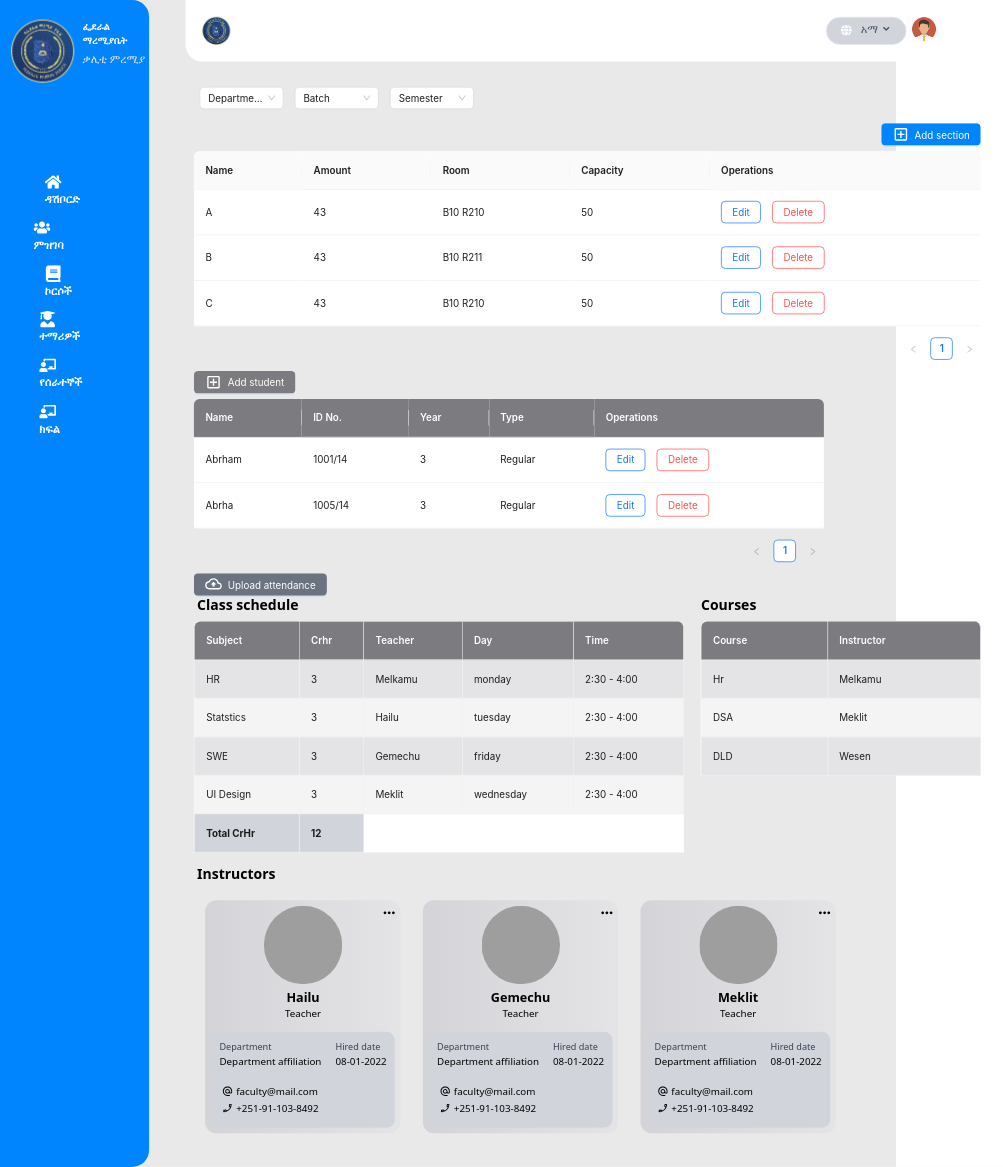
Repository: Yigoya/federal-prison-education-ms-frontend
Page: /classroom, after clicking the first element matching `td.ant-table-cell > a`
An editor plug-in stored every save of this project. The page is shown before and after the next save, followed by the edit.
The browser window is 1280 px wide. The page is 1433 px wide, so the pictures cover 1433 px, including what lies to the right of the window. The pictures show the whole page, at 70% of full size.
Pictures or frames that could not be fetched are drawn as grey boxes. The project was rebuilt for these pictures with package versions that can differ from the ones it lists, and the page was loaded fresh each time. Also part of the build but not shown: vite.config.js, src/pages/DashBoard.jsx, src/pages/Courses.jsx, src/layout/AuthLayout.jsx, src/pages/Login.jsx, src/pages/Teachers.jsx, src/pages/StudentRegistration.jsx, src/components/classroom/ComboBox.jsx and 1 more. Imported but missing from the stored project, and not drawn on this page: src/pages/Students.

Above is the page before, as saved 2024-07-05 16:50:55.

### src/App.jsx
// import { useState } from "react";
import "./App.css";
import { Routes, Route } from "react-router-dom";
import DashBoard from "./pages/DashBoard";
// import Register from "./pages/Register";
import Students from "./pages/Students";
import Courses from "./pages/Courses";
import RootLayout from "./layout/RootLayout";
import AuthLayout from "./layout/AuthLayout";
import Login from "./pages/Login";
import Teachers from "./pages/Teachers";
// import { useTranslation } from "react-i18next";
import { StudentRegistration } from "./pages/StudentRegistration";
import Classroom from "./pages/Classroom";
function App() {
  // const [count, setCount] = useState(0);
  // const { t } = useTranslation();
  return (
    <>
      <Routes>
        <Route element={<AuthLayout />}>
          <Route path="/login" element={<Login />} />
        </Route>
        <Route element={<RootLayout />}>
          <Route path="/" element={<DashBoard />} />
          <Route path="/register" element={<StudentRegistration />} />
          <Route path="/students" element={<Students />} />
          <Route path="/courses" element={<Courses />} />
          <Route path="/allcourse" element={<Courses />} />
          <Route path="/addcourse" element={<Courses />} />
          <Route path="/managecourse" element={<Courses />} />
          <Route path="/classroom" element={<Classroom />} />
          <Route path="/grading" element={<Courses />} />
          <Route path="/staffprofile" element={<Courses />} />
          <Route path="/examscheduling" element={<Teachers />} />
        </Route>
      </Routes>
    </>
  );
}

export default App;

### src/App.css
/* Header row background color */
.ant-table-thead > tr > th {
    background-color: #0085FF; /* Set your desired background color here */
    color: #fff; /* Set the text color if needed */
  }

### src/layout/RootLayout.jsx
// import React from 'react'
import { Outlet } from "react-router-dom";
import Navbar from "../components/Navbar";
import SideBar from "../components/SideBar";
function RootLayout() {
  return (
    <div className="flex flex-row w-full min-h-dvh gap-8 bg-[#E9E9E9]">
        <SideBar />

      <div className="w-full min-h-dvh max-h-full">
        <Navbar />
        <div className="flex-1 flex overflow-hidden">
          <section className="flex-1 overflow-y-scroll">
            <Outlet />
          </section>
        </div>
      </div>
    </div>
  );
}

export default RootLayout;

### src/pages/Classroom.jsx
import { useState } from "react";
import Selector from '../components/classroom/Selector.jsx';
import SectionsTable from "../components/classroom/SectionsTable.jsx";
import NewSectionDrawer from "../components/classroom/NewSectionDrawer.jsx";
import {
  departmentOptions,
  yearOptions,
  semesterOptions,
} from "../data/classroomArrayData.js";
import { Button } from "antd";
import AddBoxOutlinedIcon from "@mui/icons-material/AddBoxOutlined";

const Classroom = () => {
  const [drawerVisiblity, setDrawerVisiblity] = useState(false);
  const handleClick = () => {
    setDrawerVisiblity(prevState => !prevState);
  };

  return (
    <div className="p-8 ">
      <Selector typeName="Department" options={departmentOptions} />
      <Selector typeName="Batch" options={yearOptions} />
      <Selector typeName="Semester" options={semesterOptions} />

      {/* sections table */}
      <div className="mt-4">
        {drawerVisiblity && <NewSectionDrawer visiblity = {drawerVisiblity}/>}
        <div className="grid justify-items-end">
          <Button
            className="bg-[#0085FF] mb-2"
            type="primary"
            onClick={handleClick}
          >
            <AddBoxOutlinedIcon />
            Add section
          </Button>
        </div>
        <SectionsTable />
      </div>
    </div>
  );
};

export default Classroom;

### src/components/Navbar.jsx
import React from 'react'
import { AiOutlineSearch } from 'react-icons/ai';
import logo from '../assets/images/fdre_logo.png'
import { FaGlobe } from 'react-icons/fa';
import avatar from '../assets/images/Avatar.jpg'
import { useTranslation } from 'react-i18next';
function Navbar() {
  const { i18n } = useTranslation();

  const handleLanguageChange = (event) => {
    i18n.changeLanguage(event.target.value);
  };
  return (
    <div className='mr-16 '>
      <div className='bg-white rounded-b-3xl p-6 ml-5 flex justify-between'>
        <div style={{ width: '40px' }} >
          <img src={logo}  alt="logo" />
        </div>
        <div className='flex '>
          <div className='py-1 px-5 border rounded-full bg-gray-300 '>
           <FaGlobe className='inline-block text-white mr-2'/>
            <select onChange={handleLanguageChange} className='inline-block bg-gray-300 text-gray-600' id="">
              <option value="am">አማ</option>
              <option value="en">En</option>
              <option value="or">Oro</option>
            </select>
          </div>
          <div>
            <img src={avatar} width={'50px'}/>
          </div>
        </div>
      </div>

    </div>
  )
}

export default Navbar

### src/components/SideBar.jsx
import { FaHome, FaUserGraduate, FaBook, FaChalkboardTeacher, FaUsers } from 'react-icons/fa';

import logo from '../assets/images/fdre_logo.png'
import { Link } from 'react-router-dom'
import { useTranslation } from 'react-i18next';
function SideBar() {
const {t} = useTranslation()
  return (
    <div className='w-1/4 bg-[#0085FF] rounded-r-3xl'>
          <div className='mt-7 ml-4 flex'>
            <div className='mr-3'>
              <img src={logo} alt="logo" width={'100px'} />
            </div>
            <div>
              <p className ='font-bold text-sm text-white mb-1'>{t('FDRE')}</p>
              <p className='text-gray-200'>{t('kality')}</p>
            </div>

          </div>
          <div className='flex flex-col items-center font-bold text-white py-20 mt-10'>

            <Link className='hover:border border-gray-200 rounded-full hover:bg-gray-100 hover:text-[#0085FF] p-2 px-16 inline-block mr-4' to='/'> <FaHome className='inline-block mr-2 text-2xl'/>{t('dashboard')}</Link>
            <Link className='hover:border border-gray-200 rounded-full py-2 px-12 hover:bg-gray-100 hover:text-[#0085FF] inline-block mr-10 ' to='/register'><FaUsers className='inline-block mr-2 text-2xl'/> {t('register')}</Link>
            <Link className='hover:border border-gray-200 rounded-full py-2 px-16 hover:bg-gray-100 hover:text-[#0085FF] inline-block mr-10 ' to='/courses'><FaBook className='inline-block mr-3  text-2xl'/>{t('courses')}</Link>
            <Link className='hover:border border-gray-200 rounded-full py-2 px-14 hover:bg-gray-100 hover:text-[#0085FF] inline-block mr-8' to='/students'> <FaUserGraduate className='inline-block mr-5  text-2xl'  />{t('students')}</Link>
            <Link className='hover:border border-gray-200 rounded-full py-2 px-14 hover:bg-gray-100 hover:text-[#0085FF] inline-block mr-10' to='/teachers'><FaChalkboardTeacher className='inline-block  mr-5  text-2xl'/>{t('staff')}</Link>
            <Link className='hover:border border-gray-200 rounded-full py-2 px-14 hover:bg-gray-100 hover:text-[#0085FF] inline-block mr-10' to='/classroom'><FaChalkboardTeacher className='inline-block  mr-5  text-2xl'/>{t('classroom')}</Link>

          </div>
        </div>

  )
}

export default SideBar

### src/pages/login.css

* {
    margin: 0;
    box-sizing: border-box;

}
.page {
    height: 100vh;
    width: 100%;
    display: flex;
    justify-content: center;
    align-items: center;
}

.cover {
    background-color: white;
    width: 30em;
    height: 25em;
    position: relative;
    border-radius: 1em;
    box-shadow: 0 0.188em 1.550em rgb(156, 156, 156);
    display: flex;
    flex-direction: column;
    align-items:center;
    justify-content:space-between;
    margin-right: 40px;

}

.container {
    display: flex;
    justify-content: space-between;
    align-items: center;

  }
.image-section {
    margin-left: 20px;
    padding: 100px;

}
.image-section img {
    margin-top: 2px;
    width: "200px";
    height: "200px";
    border-radius: "50%";
    object-fit: contain;

  }

input {
    border: none;
    background-color: rgb(229, 226, 226);
    width: 80%;
    border-radius: 0.25em;
    text-align: center;
    padding: 2em;
    font-size: 0.75em;
}

input:focus {
    outline-color: rgb(32, 177, 255);
}

.btn {
    width: 40%;
    height: 3em;
    background-color: rgb(32, 177, 255);
    display: flex;
    justify-content: center;
    align-items: center;
    transition: 0.5s;
    border-radius: 0.25em;
    cursor: pointer;
}

### src/components/classroom/Selector.jsx
// /* eslint-disable react/prop-types */
import { Select, Space } from 'antd';


const handleChange = (value) => {
  console.log(`selected ${value}`);
};

const Selector = ({typeName, options} ) => (
  <Space wrap>
    <Select
      className='mx-2 my-1'
      defaultValue={typeName}
      style={{
        width: 120,
      }}
      onChange={handleChange}
      options={options} // array of options
    />
  </Space>
);
export default Selector;

### src/components/classroom/SectionsTable.jsx
import { Space, Table, Button } from "antd";
import { sectionsData as data } from "../../data/classroomArrayData.js";
import { useState } from "react";
import StudentsTable from "./StudentsTable.jsx";
import ClassSchedule from "./ClassSchedule.jsx";
import CoursesList from "./CoursesList.jsx";
import InstructorDetails from "./InstructorDetails.jsx";
import UploadCenter from "./UploadCenter.jsx";

const SectionsTable = () => {
  const [activeSection, setActiveSection] = useState(null);

  const columns = [
    {
      title: "Name",
      dataIndex: "name",
      key: "name",
      render: (text) => <a onClick={() => handleSectionClick(text)}>{text}</a>,
    },
    {
      title: "Amount",
      dataIndex: "amount",
      key: "amount",
    },
    {
      title: "Room",
      dataIndex: "room",
      key: "room",
    },
    {
      title: "Capacity",
      dataIndex: "capacity",
      key: "capacity",
    },
    {
      title: "Operations",
      key: "action",
      render: () => (
        <Space size="middle">
          <Button type="primary" ghost>
            Edit
          </Button>
          <Button type="primary" danger ghost>
            Delete
          </Button>
        </Space>
      ),
    },
  ];

  const handleSectionClick = (sectionName) => {
    setActiveSection((prev) => (prev === sectionName ? null : sectionName));
  };

  return (
    <div>
      <Table columns={columns} dataSource={data} />
      {activeSection && (
        <div>
          <StudentsTable section={activeSection} />
          <UploadCenter text={"Upload attendance"} color={"bg-gray-500"} />
          <div className="flex gap-3">
            <ClassSchedule /> <br />
            <CoursesList />
          </div>
          <h1 className="text-xl mb-2 mt-4 ml-1 font-bold">Instructors</h1>
          <div className="flex">
            <InstructorDetails instructor={"Hailu"}/>
            <InstructorDetails instructor={"Gemechu"}/>
            <InstructorDetails instructor={"Meklit"}/>
          </div>
        </div>
      )}
    </div>
  );
};
export default SectionsTable;

### src/data/classroomArrayData.js
export const departmentOptions = [
  {
    label: "Software",
    value: "software",
  },
  {
    label: "Human Resources",
    value: "human_resources",
  },
  {
    label: "Marketing",
    value: "marketing",
  },
  {
    label: "Sales",
    value: "sales",
  },
  {
    label: "Finance",
    value: "finance",
  },
  {
    label: "Customer Support",
    value: "customer_support",
  },
  {
    label: "IT",
    value: "it",
  },
];

export const yearOptions = [
  {
    label: "1",
    value: 1,
  },
  {
    label: "2",
    value: 2,
  },
  {
    label: "3",
    value: 3,
  },
  {
    label: "4",
    value: 4,
  },
];

export const semesterOptions = [
  {
    label: "I",
    value: 1,
  },
  {
    label: "II",
    value: 2,
  },
];

export const courseOptions = [
  {
    label: "DSA",
    value: "dsa",
  },
  {
    label: "FLAT",
    value: "flat",
  },
  {
    label: "DLD",
    value: "dld",
  },
  {
    label: "OS",
    value: "os",
  },
];

export const studentsData = [
  {
    key: "1",
    name: "Abrham",
    id: "1001/14",
    year: "3",
    type: "Regular",
    section: "A",
  },
  {
    key: "1",
    name: "Abrha",
    id: "1005/14",
    year: "3",
    type: "Regular",
    section: "A",
  },
  {
    key: "2",
    name: "Aster",
    id: "1002/14",
    year: "3",
    type: "Regular",
    section: "B"
  },
  {
    key: "3",
    name: "Askal",
    id: "1003/14",
    year: "3",
    type: "Regular",
    section: "C"
  },
];

export const sectionsData = [
  {
    name: "A",
    amount: 43,
    room: "B10 R210",
    capacity: 50,
  },
  {
    name: "B",
    amount: 43,
    room: "B10 R211",
    capacity: 50,
  },
  {
    name: "C",
    amount: 43,
    room: "B10 R210",
    capacity: 50,
  },
];

### src/components/classroom/StudentsTable.jsx
import { Space, Table, Button } from "antd";
import { studentsData as data } from "../../data/classroomArrayData.js";
import AddBoxOutlinedIcon from "@mui/icons-material/AddBoxOutlined";

const columns = [
  {
    title: "Name",
    dataIndex: "name",
    key: "name",
    render: (text) => <a>{text}</a>,
    onHeaderCell: () => ({
      style: { backgroundColor: "#7c7c80", color: "#fff" },
    }),
  },
  {
    title: "ID No.",
    dataIndex: "id",
    key: "id",
    onHeaderCell: () => ({
      style: { backgroundColor: "#7c7c80", color: "#fff" },
    }),
  },
  {
    title: "Year",
    dataIndex: "year",
    key: "year",
    onHeaderCell: () => ({
      style: { backgroundColor: "#7c7c80", color: "#fff" },
    }),
  },
  {
    title: "Type",
    dataIndex: "type",
    key: "type",
    onHeaderCell: () => ({
      style: { backgroundColor: "#7c7c80", color: "#fff" },
    }),
  },
  {
    title: "Operations",
    key: "action",
    onHeaderCell: () => ({
      style: { backgroundColor: "#7c7c80", color: "#fff" },
    }),
    render: () => (
      <Space size="middle">
        <Button type="primary" ghost>
          Edit
        </Button>
        <Button type="primary" danger ghost>
          Delete
        </Button>
      </Space>
    ),
  },
];

// eslint-disable-next-line react/prop-types
const StudentsTable = ({ section }) => {
  return (
    <div>
      <Button className="bg-[#7c7c80] mb-2" type="primary">
        <AddBoxOutlinedIcon />
        Add student
      </Button>
      <Table
        className="w-[900px]"
        columns={columns}
        dataSource={data.filter((student) => student.section === section)}
      />
      {console.log("the section clicked is : ", section)}
    </div>
  );
};
export default StudentsTable;

### src/components/classroom/ClassSchedule.jsx
import { Table, Typography } from "antd";
const { Text } = Typography;


const columns = [
  {
    title: "Subject",
    dataIndex: "subject",
    onHeaderCell: () => ({
      style: { backgroundColor: "#7c7c80", color: "#fff" },
    }),
  },
  {
    title: "Crhr",
    dataIndex: "crhr",
    onHeaderCell: () => ({
      style: { backgroundColor: "#7c7c80", color: "#fff" },
    }),
  },
  {
    title: "Teacher",
    dataIndex: "teacher",
    onHeaderCell: () => ({
      style: { backgroundColor: "#7c7c80", color: "#fff" },
    }),
  },
  {
    title: "Day",
    dataIndex: "day",
    onHeaderCell: () => ({
      style: { backgroundColor: "#7c7c80", color: "#fff" },
    }),
  },
  {
    title: "Time",
    dataIndex: "time",
    onHeaderCell: () => ({
      style: { backgroundColor: "#7c7c80", color: "#fff" },
    }),
  },
];
const data = [
  {
    key: "1",
    subject: "HR",
    crhr: 3,
    teacher: "Melkamu",
    day: "monday",
    time: "2:30 - 4:00",
  },
  {
    key: "2",
    subject: "Statstics",
    crhr: 3,
    teacher: "Hailu",
    day: "tuesday",
    time: "2:30 - 4:00",
  },
  {
    key: "3",
    subject: "SWE",
    crhr: 3,
    teacher: "Gemechu",
    day: "friday",
    time: "2:30 - 4:00",
  },
  {
    key: "3",
    subject: "UI Design",
    crhr: 3,
    teacher: "Meklit",
    day: "wednesday",
    time: "2:30 - 4:00",
  },
];

const ClassSchedule = () => (
  <div className="flex justify-center">
    <div>
      <h1 className="text-xl mb-2 ml-1 font-bold">Class schedule</h1>
      <Table
        className="w-[700px]"
        borderColor="#0085FF"
        columns={columns}
        dataSource={data}
        pagination={false}
        bordered
        rowClassName={(record, index) =>
          index % 2 === 0 ? "bg-zinc-200" : "bg-zinc-100"
        }
        summary={(pageData) => {
          let totalCrhr = 0;
          pageData.forEach(({ crhr }) => {
            totalCrhr += crhr;
          });
          return (
            <>
              <Table.Summary.Row className="font-bold bg-gray-300">
                <Table.Summary.Cell index={0}>Total CrHr</Table.Summary.Cell>
                <Table.Summary.Cell index={1}>
                  <Text>{totalCrhr}</Text>
                </Table.Summary.Cell>
              </Table.Summary.Row>
            </>
          );
        }}
      />
    </div>
  </div>
);
export default ClassSchedule;

### src/components/classroom/CoursesList.jsx
import { Table } from "antd";

const columns = [
  {
    title: "Course",
    dataIndex: "course",
    onHeaderCell: () => ({
      style: { backgroundColor: "#7c7c80", color: "#fff" },
    }),
  },
  {
    title: "Instructor",
    dataIndex: "instructor",
    onHeaderCell: () => ({
        style: { backgroundColor: "#7c7c80", color: "#fff" }
      })
  },
];
const data = [
  {
    key: "1",
    course: "Hr",
    instructor: "Melkamu",
  },
  {
    key: "2",
    course: "DSA",
    instructor: "Meklit",
  },
  {
    key: "3",
    course: "DLD",
    instructor: "Wesen",
  },
];

const CoursesList = () => (
  <>
    <div className="flex justify-center">
        <div>
        <h1 className="text-xl mb-2 font-bold">Courses</h1>
      <Table
        className="w-[400px]"
        columns={columns}
        dataSource={data}
        pagination={false}
        bordered
        rowClassName={(record, index) =>
          index % 2 === 0 ? "bg-zinc-200" : "bg-zinc-100"
        }
      />
        </div>

    </div>
  </>
);
export default CoursesList;

### src/components/classroom/InstructorDetails.jsx
import MoreHorizOutlinedIcon from "@mui/icons-material/MoreHorizOutlined";
import AlternateEmailOutlinedIcon from "@mui/icons-material/AlternateEmailOutlined";
import PhoneEnabledOutlinedIcon from "@mui/icons-material/PhoneEnabledOutlined";

const InstructorDetails = ({instructor}) => {
  return (
    <div className="m-4 w-fit p-2 w-2/5 rounded-2xl relative bg-gradient-to-r from-zinc-300 to-zinc-200">
      {/* Main content */}
      <div className="flex flex-col place-items-center">
        <div className="flex justify-between items-center">
          <img
            src="https://img.freepik.com/premium-vector/user-vector-icon-outline-style-isolated-white-background-mobile-app-website-logotype-ui-human-symbol-man-silhouette-social-member-sign-personal-profile-sign-10-eps_824631-3088.jpg?w=740"
            alt="Profile"
            className="h-28 w-28 rounded-full"
          />
          <div className="absolute top-0 right-0 mt-1 mr-1">
            <MoreHorizOutlinedIcon className="hover:text-sky-500"/>
          </div>
        </div>

        <h1 className="text-lg mt-1 font-semibold">{instructor}</h1>
        <p className="text-sm">Teacher</p>
      </div>

      {/* Additional info */}
      <div className="bg-gray-300 rounded-xl w-full p-3 leading-3.5 mt-4">
        <div className="flex gap-5">
          <div>
            <p className="text-[13px] text-gray-700">Department</p>
            <p className="text-[14px]">Department affiliation</p>
          </div>
          <div>
            <p className="text-[13px] text-gray-700">Hired date</p>
            <p className="text-[14px]">08-01-2022</p>
          </div>
        </div>

        <div className="mt-6 leading-4 text-[14px]">
          <div className="flex">
            <AlternateEmailOutlinedIcon className="pb-2" />
            <p>faculty@mail.com</p>
          </div>
          <div className="flex">
            <PhoneEnabledOutlinedIcon className="pb-2"/>
            <p>+251-91-103-8492</p>
          </div>
        </div>
      </div>
    </div>
  );
};

export default InstructorDetails;

### src/components/classroom/UploadCenter.jsx
import CloudUploadOutlinedIcon from '@mui/icons-material/CloudUploadOutlined';
import {Button} from 'antd';

const UploadCenter = ({text, color}) => {
  return (
    <div>
        <Button type="primary" className={color} icon={<CloudUploadOutlinedIcon className="text-sky-400"/>} > {text}</Button>
    </div>
  )
}

export default UploadCenter

Loaded but not shown: index.html (common file); src/main.jsx (common file); src/index.css (common file); tailwind.config.js (common file); src/i18n.js (152 lines, source omitted)

After the next save:
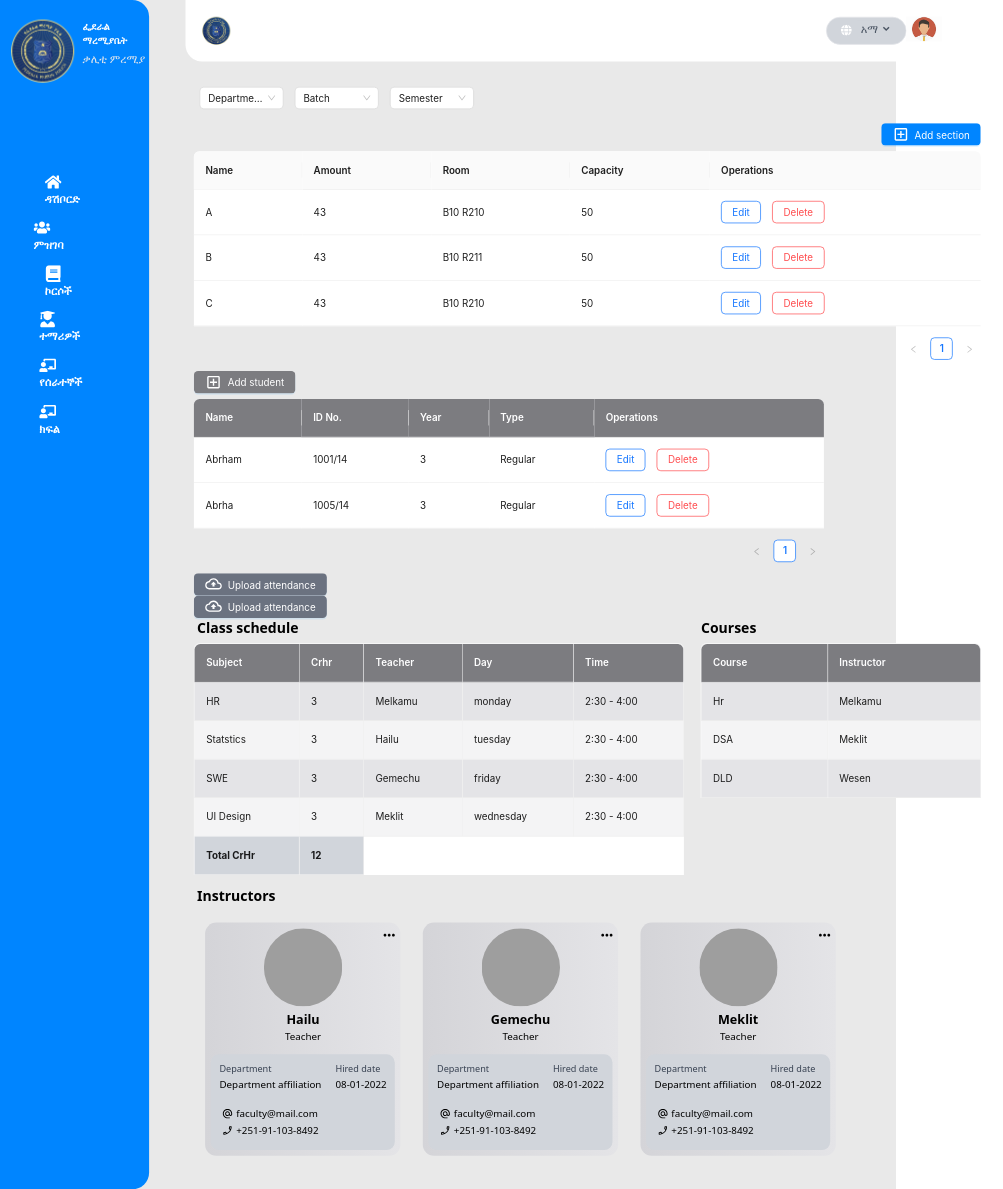
Saved 24 s later.
--- a/src/components/classroom/SectionsTable.jsx
+++ b/src/components/classroom/SectionsTable.jsx
@@ -59,6 +59,7 @@
         <div>
           <StudentsTable section={activeSection} />
           <UploadCenter text={"Upload attendance"} color={"bg-gray-500"} />
+          <UploadCenter text={"Upload attendance"} color={"bg-gray-500"} />
           <div className="flex gap-3">
             <ClassSchedule /> <br />
             <CoursesList />
